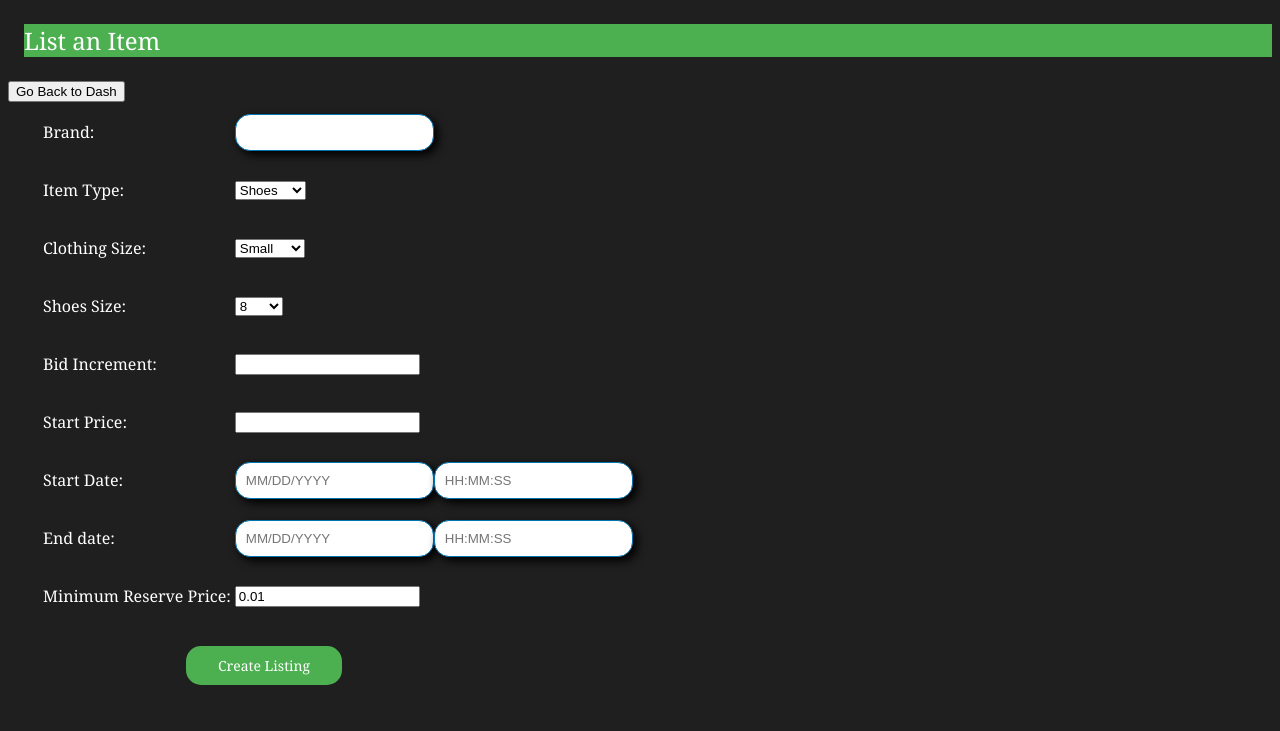
Repository: JephteyAdolphe/auction-system
Page: http://localhost/project/createListing.jsp
An editor plug-in stored every save of this project. The page is shown before and after the next save, followed by the edit.
The browser window is 1280 px wide. The pictures show the whole page.
The page is served by Tomcat 10. Other server files are loaded and not shown.

Above is the page before, as saved 2021-04-04 12:08:12.

### project/WebContent/createListing.jsp
<%@ page language="java" contentType="text/html; charset=ISO-8859-1"
    pageEncoding="ISO-8859-1" import="com.cs336.pkg.*"%>
<%@ page import="java.io.*,java.util.*,java.sql.*"%>
<%@ page import="javax.servlet.http.*,javax.servlet.*" %>


<!DOCTYPE html PUBLIC "-//W3C//DTD HTML 4.01 Transitional//EN" "http://www.w3.org/TR/html4/loose.dtd">
<html>
	<head>
		<meta http-equiv="Content-Type" content="text/html; charset=ISO-8859-1">
		<title>BuyMe</title>
		<link rel="stylesheet" href="mystyle.css" type= "text/css">
	</head>

	<body style="background-color:#1F1F1F;">

	<div class="Login">
	<p style="font-family:georgia,garamond,serif;font-size:24px;font-style:bold;color:white;">
         List an Item
      </p>
	</div>

		<button method="get" action="dashboard.jsp">Go Back to Dash</button>

		<form method="post" id="listing_form" action="auctionServlet">
		<div class="inputs">
		<input type="hidden" name="listing_form" value="123">
			<table>
				<tr>
					<td> <p style="font-family:georgia,garamond,serif;font-size:16px;color:white;">
         			Brand:</p> </td> <td><input type="text" name="brand"></td>
				</tr>
				<tr>
					<td><p style="font-family:georgia,garamond,serif;font-size:16px;color:white;">
         			Item Type:</p></td><td>

						<select name="item_type" id="item_type" form="itemform">
						  <option value="shoes">Shoes</option>
						  <option value="bottoms">Bottoms</option>
						  <option value="tops">Tops</option>
						</select>
					</td>

				</tr>
				<tr>
					<td><p style="font-family:georgia,garamond,serif;font-size:16px;color:white;">
         			Clothing Size:</p></td><td>

						<select name="clothin_size" id="size" form="sizeform">
						  <option value="small">Small</option>
						  <option value="medium">Medium</option>
						  <option value="large">Large</option>
						</select>
					</td>

				</tr>
				<tr>
					<td><p style="font-family:georgia,garamond,serif;font-size:16px;color:white;">
         			Shoes Size:</p></td><td>

						<select name="shoe_size" id="size" form="sizeform">
						  <option value="8">8</option>
						  <option value="8.5">8.5</option>
						  <option value="9">9</option>
						  <option value="9.5">9.5</option>
						  <option value="10">10</option>
						  <option value="10.5">10.5</option>
						  <option value="11">11</option>
						</select>
					</td>

				</tr>
				<tr>
					<td><p style="font-family:georgia,garamond,serif;font-size:16px;color:white;">
         			Bid Increment:</p></td><td><input type="number" name="bid_increment"></td>
				</tr>
				<tr>
					<td> <p style="font-family:georgia,garamond,serif;font-size:16px;color:white;">
         			Start Price:</p> </td> <td><input type="number" min="0.00" step="0.01" name="start_price"></td>
				</tr>
				<tr>
					<td><p style="font-family:georgia,garamond,serif;font-size:16px;color:white;">
         			Start Date:</p></td><td><input type="text" name="start_date" placeholder="MM/DD/YYYY"><input type="text" name="start_time" placeholder="HH:MM:SS"></td>
				</tr>
				<tr>
					<td> <p style="font-family:georgia,garamond,serif;font-size:16px;color:white;">
         			End date:</p> </td> <td><input type="text" name="end_date" placeholder="MM/DD/YYYY"><input type="text" name="end_time" placeholder="HH:MM:SS"></td>
				</tr>
				<tr>
					<td><p style="font-family:georgia,garamond,serif;font-size:16px;color:white;">
         			Minimum Reserve Price:</p></td><td><input type="number" min="0.00" step="0.01" value="0.01" name="min_price"></td>
				</tr>
			</table>
			</div>
			<div class="submit">
			<input type="submit" value="Create Listing">
			</div>
		</form>

		<!--<script>

		$(document).on("submit", "#listing_form", function(event) {
		    var $form = $(this);

		    $.post($form.attr("createListing"), $form.serialize(), function(response) {
		        // ...
		    });

		    event.preventDefault(); // Important! Prevents submitting the form.
		});

		</script>-->

	<br>

</body>
</html>

### project/WebContent/mystyle.css
.inputs{
	 Margin-left: 2em;
}
.Login{
	Margin-left: 1em;
	background-color: #4CAF50;
}
.submit{
	Margin-left: 11em;
}
input[type=text] {
  width: auto;
   padding:10px;
  border-radius:15px;
  margin: 8px 0;
  display: inline-block;
  border: 1px solid #0073B1;
  box-sizing: border-box;
  box-shadow:4px 4px 10px
}

input[type=submit] {
  background-color: #4CAF50;
  border: none;
  color: white;
  padding: 10px 32px;
  font-family:georgia,garamond,serif;
  text-decoration: none;
    margin: 20px 2px;
    border-radius:15px;
  font-size:14px;
  cursor: pointer;
}

input[type=submit]:hover {
  background-color: #74E46C;
}

After the next save:
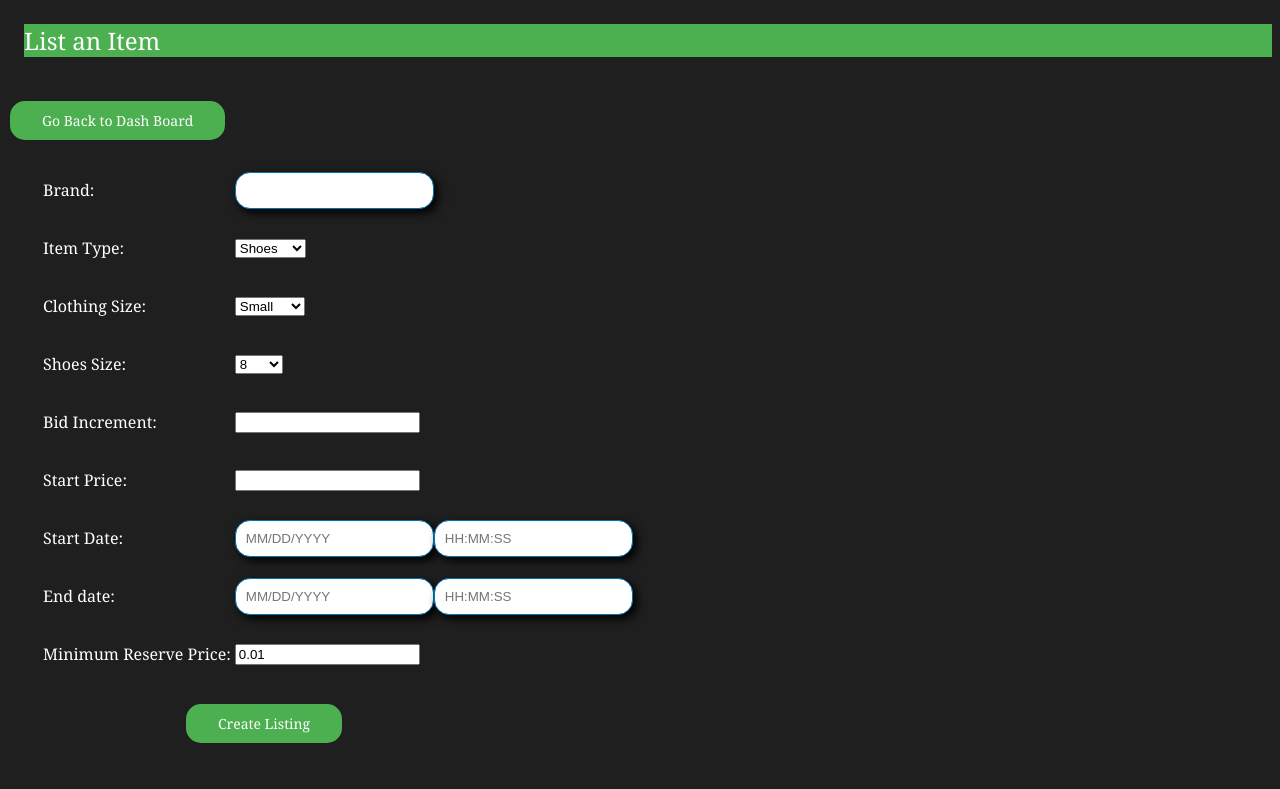
Saved 51 s later.
--- a/project/WebContent/createListing.jsp
+++ b/project/WebContent/createListing.jsp
@@ -20,7 +20,7 @@
       </p>
 	</div>
 
-		<button method="get" action="dashboard.jsp">Go Back to Dash</button>
+		<form method="get" action="dashboard.jsp"><input type="submit" value="Go Back to Dash Board"></form>
 
 		<form method="post" id="listing_form" action="auctionServlet">
 		<div class="inputs">
